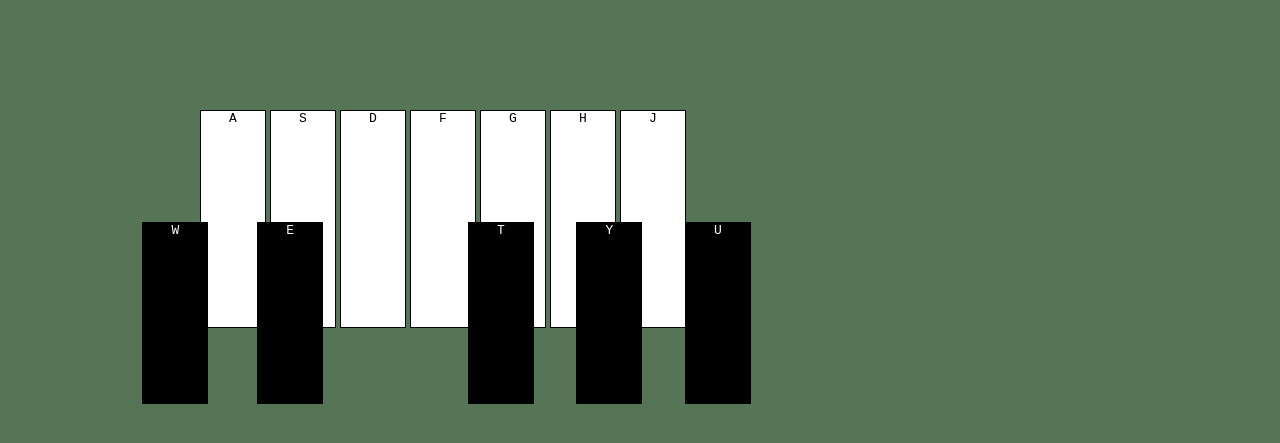
Repository: ctcoleman/Virtual-Piano
Page: index.html
These files come from the project's save history. The page is drawn as it stood at one moment and after the next save; the edit follows.
The browser window is 1280 px wide. The pictures show the whole page.

Above is the page before, as saved 2020-07-20 09:24:12.

After the next save:
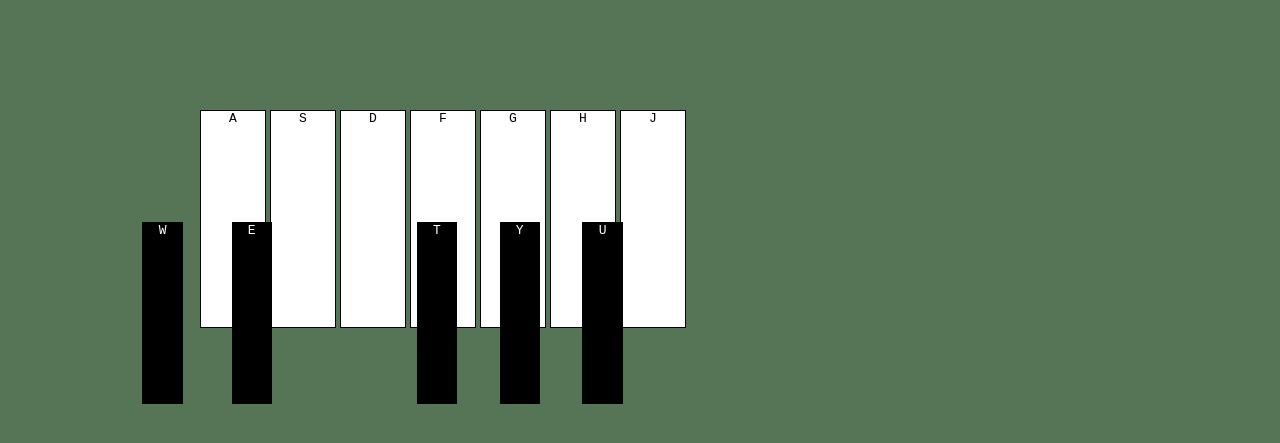
Saved 10 s later.
--- a/index.css
+++ b/index.css
@@ -44,7 +44,7 @@ html {
     top: -30vh;
     text-align: center;
     display: inline-block;
-    width: 5vw;
+    width: 3vw;
     height: 25vh;
     background: black;
     color: white;
